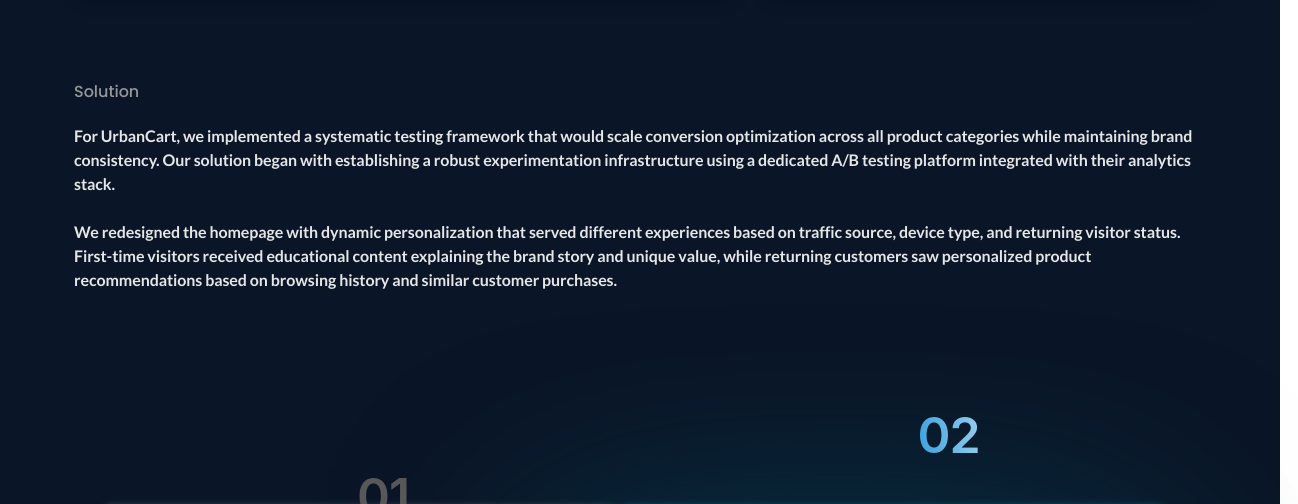
Repository: YahyaK01/kinseb
Page: /case-study/e-commerce-revenue-uplift-through-testing
These files come from the project's save history. The page is drawn as it stood at one moment and after the next save; the edit follows.
The browser window is 1280 px wide. The page is 1298 px wide, so the pictures cover 1298 px, including what lies to the right of the window. The pictures show the part of the page from y = 2651 to 3155 px (the page is 5631 px tall).
Pictures or frames that could not be fetched are drawn as grey boxes. The project was rebuilt for these pictures with package versions that can differ from the ones it lists, and the page was loaded fresh each time. Also part of the build but not shown: src/components/FAQ.js, src/components/CTA.jsx, src/components/MetricsSection.jsx, src/components/WhyCROMatter.jsx, src/components/Processsection.jsx, src/components/Hero.jsx, src/components/marquee.jsx, src/components/CEO.jsx and 29 more.

Above is the page before, as saved 2025-12-12 16:42:57.

After the next save:
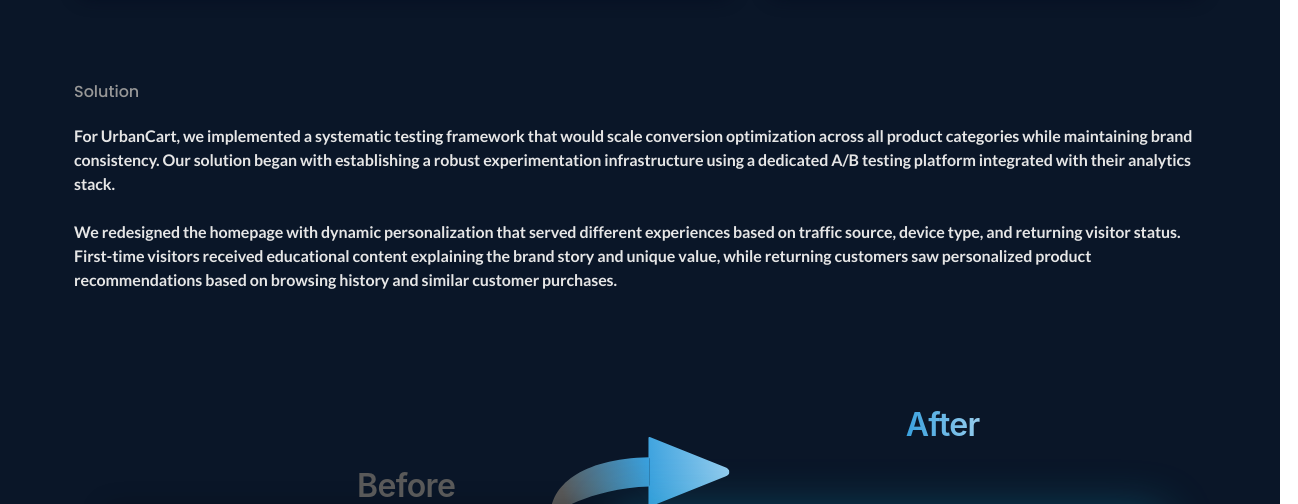
Saved 83 s later.
--- a/src/components/CaseStudySections/SolutionSection.jsx
+++ b/src/components/CaseStudySections/SolutionSection.jsx
@@ -178,15 +178,15 @@
           justifyContent: 'center',
           alignItems: 'center'
         }}>
-          {/* Number 01 - Before */}
+          {/* Before Text */}
           <div style={{
             position: 'absolute',
             left: windowWidth <= 768 ? '10%' : '25%',
             top: windowWidth <= 768 ? '20px' : '114px',
             fontFamily: "'Inter', sans-serif",
             fontWeight: 600,
-            fontSize: windowWidth <= 768 ? '36px' : '50px',
-            lineHeight: windowWidth <= 768 ? '45px' : '61px',
+            fontSize: windowWidth <= 768 ? '24px' : '32px',
+            lineHeight: windowWidth <= 768 ? '30px' : '40px',
             textAlign: 'center',
             letterSpacing: '-0.02em',
             color: '#595959',
@@ -195,18 +195,18 @@
             transform: isLoaded ? 'translateY(0)' : 'translateY(-20px)',
             transition: 'opacity 0.8s ease-out 0.3s, transform 0.8s ease-out 0.3s'
           }}>
-            01
+            Before
           </div>
 
-          {/* Number 02 - After */}
+          {/* After Text */}
           <div style={{
             position: 'absolute',
             right: windowWidth <= 768 ? '10%' : '20%',
             top: windowWidth <= 768 ? '20px' : '53px',
             fontFamily: "'Inter', sans-serif",
             fontWeight: 600,
-            fontSize: windowWidth <= 768 ? '36px' : '50px',
-            lineHeight: windowWidth <= 768 ? '45px' : '61px',
+            fontSize: windowWidth <= 768 ? '24px' : '32px',
+            lineHeight: windowWidth <= 768 ? '30px' : '40px',
             textAlign: 'center',
             letterSpacing: '-0.02em',
             background: 'linear-gradient(263.69deg, #FFFFFF -108.11%, #3AA1DE 98.19%)',
@@ -218,45 +218,43 @@
             transform: isLoaded ? 'translateY(0)' : 'translateY(-20px)',
             transition: 'opacity 0.8s ease-out 0.4s, transform 0.8s ease-out 0.4s'
           }}>
-            02
+            After
           </div>
 
-          {/* Decorative Arrow/Line */}
+          {/* Decorative Arrow */}
           <svg
             style={{
               position: 'absolute',
-              top: windowWidth <= 768 ? '40px' : '80px',
+              top: windowWidth <= 768 ? '50px' : '85px',
               left: '50%',
               transform: 'translateX(-50%)',
-              width: windowWidth <= 768 ? '120px' : '177px',
-              height: windowWidth <= 768 ? '60px' : '78px',
+              width: windowWidth <= 768 ? '120px' : '179px',
+              height: windowWidth <= 768 ? '53px' : '79px',
               zIndex: 1,
               opacity: isLoaded ? 1 : 0,
               transition: 'opacity 0.8s ease-out 0.5s'
             }}
-            viewBox="0 0 177 78"
+            width="179"
+            height="79"
+            viewBox="0 0 179 79"
             fill="none"
+            xmlns="http://www.w3.org/2000/svg"
           >
-            {/* Left line */}
-            <path
-              d="M0 40 L60 40"
-              stroke="url(#gradient1)"
-              strokeWidth="3"
-            />
-            {/* Right line */}
-            <path
-              d="M117 20 L177 20"
-              stroke="url(#gradient2)"
-              strokeWidth="3"
-            />
+            <path d="M98.9309 20.3658C28.692 21.7234 0 50.1008 0 78.5783C0 78.5783 38.3842 50.974 98.9309 49.4721" fill="url(#paint0_linear_2845_1082)"/>
+            <path d="M98.9302 49.472V68.8754L174.421 38.6514C175.541 38.1963 176.442 37.6257 177.06 36.9804C177.679 36.335 177.999 35.6307 177.999 34.9177C177.999 34.2046 177.679 33.5003 177.06 32.855C176.442 32.2096 175.541 31.639 174.421 31.1839L98.9302 0.959961V20.3657" fill="url(#paint1_linear_2845_1082)"/>
+            <path d="M98.9302 49.4719V68.8753L174.421 38.6514C175.541 38.1963 176.442 37.6257 177.06 36.9804C177.679 36.335 177.999 35.6307 177.999 34.9177C177.999 34.2046 177.679 33.5003 177.06 32.855C176.442 32.2096 175.541 31.639 174.421 31.1839L98.9302 0.959961V20.3657" stroke="url(#paint2_linear_2845_1082)" strokeWidth="1.92" strokeLinecap="round" strokeLinejoin="round"/>
             <defs>
-              <linearGradient id="gradient1" x1="0%" y1="0%" x2="100%" y2="0%">
-                <stop offset="16.27%" stopColor="#595959" />
-                <stop offset="98.6%" stopColor="#3AA1DE" />
+              <linearGradient id="paint0_linear_2845_1082" x1="10" y1="49.9329" x2="97.8046" y2="22.0045" gradientUnits="userSpaceOnUse">
+                <stop stopColor="#595959"/>
+                <stop offset="1" stopColor="#3AA1DE"/>
               </linearGradient>
-              <linearGradient id="gradient2" x1="0%" y1="0%" x2="100%" y2="0%">
-                <stop offset="0%" stopColor="#FFFFFF" />
-                <stop offset="100%" stopColor="#3AA1DE" />
+              <linearGradient id="paint1_linear_2845_1082" x1="267.806" y1="-38.8739" x2="89.5977" y2="-15.9163" gradientUnits="userSpaceOnUse">
+                <stop stopColor="white"/>
+                <stop offset="1" stopColor="#3AA1DE"/>
+              </linearGradient>
+              <linearGradient id="paint2_linear_2845_1082" x1="267.806" y1="-38.8739" x2="89.5977" y2="-15.9163" gradientUnits="userSpaceOnUse">
+                <stop stopColor="white"/>
+                <stop offset="1" stopColor="#3AA1DE"/>
               </linearGradient>
             </defs>
           </svg>
@@ -280,12 +278,12 @@
               width: windowWidth <= 768 ? '90%' : '518px',
               height: windowWidth <= 768 ? '450px' : '790px',
               maxHeight: windowWidth <= 768 ? '450px' : '790px',
-              filter: 'drop-shadow(-4px 4px 4px #7D7D7D)',
               margin: windowWidth <= 768 ? '0' : '0px -10px',
               zIndex: 1,
               opacity: isLoaded ? 1 : 0,
               transform: isLoaded ? 'translateX(0)' : 'translateX(-30px)',
-              transition: 'opacity 0.8s ease-out 0.6s, transform 0.8s ease-out 0.6s'
+              transition: 'opacity 0.8s ease-out 0.6s, transform 0.8s ease-out 0.6s',
+              filter: 'drop-shadow(0px 4px 12px rgba(0, 0, 0, 0.3))'
             }}>
               <img
                 src={data.images.before}
@@ -294,7 +292,9 @@
                   width: '100%',
                   height: '100%',
                   objectFit: 'cover',
-                  borderRadius: '10px'
+                  borderRadius: '10px',
+                  imageRendering: '-webkit-optimize-contrast',
+                  backfaceVisibility: 'hidden'
                 }}
               />
             </div>
@@ -304,11 +304,11 @@
               width: windowWidth <= 768 ? '90%' : '550px',
               height: windowWidth <= 768 ? '450px' : '840px',
               maxHeight: windowWidth <= 768 ? '450px' : '840px',
-              filter: 'drop-shadow(-52px 69px 112px rgba(0, 0, 0, 0.7)) drop-shadow(4px 4px 4px #0D98BA)',
               zIndex: 2,
               opacity: isLoaded ? 1 : 0,
               transform: isLoaded ? 'translateX(0)' : 'translateX(30px)',
-              transition: 'opacity 0.8s ease-out 0.7s, transform 0.8s ease-out 0.7s'
+              transition: 'opacity 0.8s ease-out 0.7s, transform 0.8s ease-out 0.7s',
+              filter: 'drop-shadow(0px 8px 24px rgba(13, 152, 186, 0.4))'
             }}>
               <img
                 src={data.images.after}
@@ -317,7 +317,9 @@
                   width: '100%',
                   height: '100%',
                   objectFit: 'cover',
-                  borderRadius: '10px'
+                  borderRadius: '10px',
+                  imageRendering: '-webkit-optimize-contrast',
+                  backfaceVisibility: 'hidden'
                 }}
               />
             </div>
